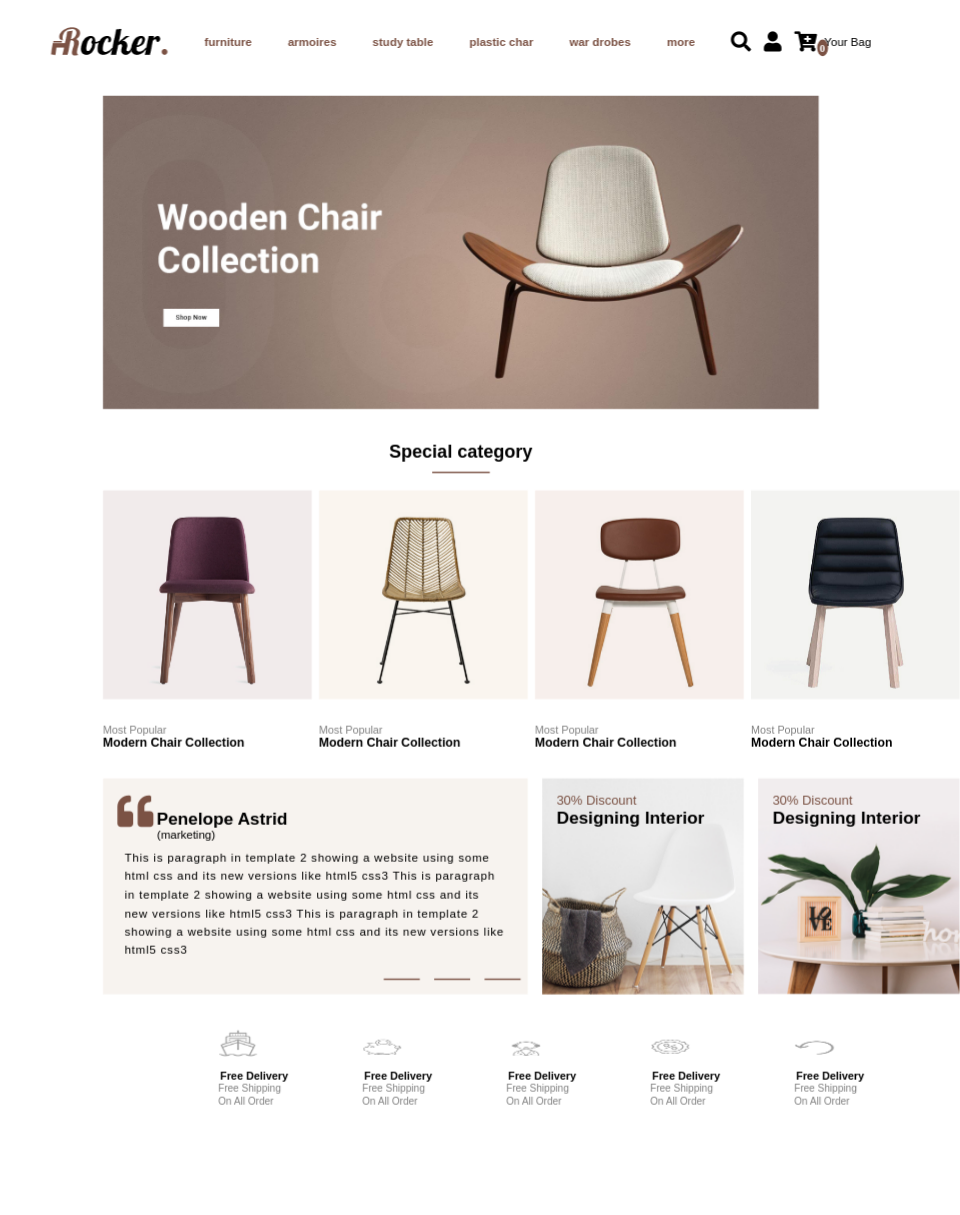
Repository: Ahmed123rezk123/p2-template
Page: index.html
The author's editor kept a copy of each file at every save. The page is drawn from the files as they stood at one save, then again after a run of saves.
The browser window is 1280 px wide. The page is 1333 px wide, so the pictures cover 1333 px, including what lies to the right of the window. The pictures show the whole page, at 72% of full size.

Above is the page before, as saved 2024-01-24 22:44:15.

### index.html
<!DOCTYPE html>
<html lang="en">
<head>
   <meta charset="UTF-8">
    <title>Project2</title>
  <link rel="stylesheet" href="css/style.css">
  <link rel="stylesheet" href="css/all.css">
</head>
<body>
    <!-- Header -->
    <header>
        <div class="container">
        <div class="logo">
            <a href="#"><img src="images/logo.png" alt="LOGO"></a>
        </div>
        <nav>
            <ul>
                <li><a href="#" class="active">furniture</a></li>
                <li><a href="#">armoires</a></li>
                <li><a href="#">study table</a></li>
                <li><a href="#">plastic char</a></li>
                <li><a href="#">war drobes</a></li>
                <li><a href="#">more</a></li>
            </ul>
            <div class="icons">
            <i class="fas fa-search"></i>
            <i class="fas fa-user"></i>
            <i class="fas fa-cart-plus i3"></i>
            </div>
        <span>Your Bag</span>
        </nav>
        </div>
    </header>
    <!-- Start Section 1 -->
    <section class="section1">
        <div class="container">
            <img src="images/main-banner-1-1600x700.jpg" alt="">
        </div>
    </section>
    <!-- End Section 1 -->
    <!-- Start Section 2 -->
    <section class="section2">
        <div class="container">
            <div class="div">
            <h2 class="specail">Special category</h2>
            <div class="line"></div>
            </div>
           <div class="parent1">
            <div class="div1">
                <img src="images/category-banner1.jpg" alt="">
                <p>Most Popular</p>
            <h3>Modern Chair Collection</h3>
            </div>
            <div class="div2">
                <img src="images/category-banner2.jpg" alt="">
                <p>Most Popular</p>
                <h3>Modern Chair Collection</h3></div>
            <div class="div3">
                <img src="images/category-banner3.jpg" alt="">
                <p>Most Popular</p>
                <h3>Modern Chair Collection</h3>
            </div>
            <div class="div4">
                <img src="images/category-banner4.jpg" alt="">
                <p>Most Popular</p>
                <h3>Modern Chair Collection</h3>
            </div>
            <div class="div5">
                <i class="fas fa-quote-left comma"></i>
                <h2>Penelope Astrid</h2>
                <span>(marketing)</span>
                <p>This is paragraph in template 2 showing a website using some html css and its new versions like html5 css3 This is paragraph in template 2 showing a website using some html css and its new versions like html5 css3 This is paragraph in template 2 showing a website using some html css and its new versions like html5 css3</p>
                <div class="child"></div>
            </div>
            <div class="div6"></div>
            <div class="div7">
                <p>30% Discount</p>
                <h2>Designing Interior</h2>
            </div>
            <div class="div8">
                <p>30% Discount</p>
                <h2>Designing Interior</h2>
            </div>
            <div class="parent2">
                <div class="div1-1">
                    <img src="images/icon1-1.png" alt="">
                    <div class="content-div1">
                    <h3>Free Delivery</h3>
                    <span>Free Shipping On All Order</span>
                </div>
                </div>
                <div class="div2-1">
                    <img src="images/icon2-1.png" alt="">
                    <div class="content-div2">
                        <h3>Free Delivery</h3>
                        <span>Free Shipping On All Order</span>
                    </div>
                </div>
                <div class="div3-1">
                    <img src="images/icon3-1.png" alt="">
                    <div class="content-div3">
                        <h3>Free Delivery</h3>
                        <span>Free Shipping On All Order</span>
                    </div>
                </div>
                <div class="div4-1">
                    <img src="images/icon4-1.png" alt="">
                    <div class="content-div4">
                        <h3>Free Delivery</h3>
                        <span>Free Shipping On All Order</span>
                    </div>
                </div>
                <div class="div5-1">
                    <img src="images/icon5-1.png" alt="">
                    <div class="content-div5">
                        <h3>Free Delivery</h3>
                        <span>Free Shipping On All Order</span>
                    </div>
                </div>
            </div>
           </div>
        </div>
    </section>
    <!-- End Section 2 -->
</body>
</html>

### css/style.css
/* Start variables */
:root {
    --maincolor: #7b5244;
    --subcolor: #333;
}
/* End variables */
/* Start Global Rules   */
* {
    -webkit-box-sizing: border-box;
    -moz-box-sizing: border-box;
    box-sizing: border-box;
   padding: 0;
   margin: 0;
}
body {
    font-family: Arial, Helvetica, sans-serif;
    perspective: 700px;
    transform-style: preserve-3d;
}
html {
    scroll-behavior: smooth;
}
ul {
    list-style: none;
}
.container {
    width: 80%;
    padding-left: 15px;
    padding-right: 15px;
    margin-left: auto;
    margin-right: auto;
}

/* Small */

@media(min-width: 768px) {
    .container {
       width: 750px;
    }
}

/* Medium */

@media(min-width: 992px) {
    .container {
        width: 970px;
    }
}

/* Large  */

@media(min-width: 1200px) {
    .container {
        width: 1170px;
    }
}
/* End Global Rules   */
/* Start Header */
header .container {
    display: flex;
    justify-content: space-between;
    align-items: center;
    position: relative;
    min-height: 97px;
 }
 header nav {
    flex: 1;
    display: flex;
    align-items: center;
    justify-content: flex-end;
}
 header nav ul {
    display: flex;

}
header nav ul li a {

    display: block;
    color: var(--maincolor);
    text-decoration: none;
    font-size: 16px;
    font-weight: bold;
    padding: 50px 0px;
    margin-right: 50px;
}

/* header nav ul li a:hover::before{
content: "";
position: absolute;
border-left: 2px solid var(--maincolor);
border-right: 2px solid var(--maincolor);
width: 60px;
height: 35px;

}  */
header nav .icons {
    font-weight: bold;
    font-size: 28px;
   word-spacing: 10px;
   margin-right: 10px;
}
header nav .icons .i3::after {
    position: absolute;
    content: "0";
    background-color: #7b5244;
    color: #fff;
    padding: 4px;
    border-radius: 50%;
    font-size: 15px;
    bottom: 40px;
    right: 75px;

}
/* End Header */


/* Start section 1 */
.section1 .container {
    width: 80%;
    position: relative;
    margin-top: 15px;
    margin-bottom: 40px;
    margin-left: auto;
    margin-right: auto;

}
.section1 .container img{
 width: 100%;
}
/* End section 1 */


/* Start Section 2 */
.section2 .container {
    width: 80%;
    position: relative;
}
.section2 .container .div {
    margin: 40px auto;
}
.section2 .container .specail {
    text-align: center;
    font-size: 25px;
}
.section2 .container .line {
 position: relative;
}
.section2 .container .line::before {
    content: "";
    position: absolute;
    width: 8%;
    height: 2px;
    background-color: var(--maincolor);
    top: 50%;
    left: 50%;
    transform: translate(-50%,-50%);
    margin: 15px 0;
    transition: .5s;
}
.section2 .container .div:hover  .line::before {
    content: "";
    position: absolute;
    width: 13%;
    height: 2px;
    background-color: var(--maincolor);
    top: 50%;
    left: 50%;
    transform: translate(-50%,-50%);
    margin: 15px 0;
}
.section2 .container .parent1 {
    width: 80%;
    display: grid;
    grid-template-columns: 200px 200px 200px 200px;
    grid-template-rows: 250px 250px;
   grid-gap: 150px 100px;
}
.section2 .container .parent1 img {
    width: 290px ;
    height: 290px;
    margin-bottom: 30px;
}
.section2 .container .parent1 p {
    color: gray;
    font-size: 15px;
}
.section2 .container .parent1 h3 {
    font-size: 17px;
}
.section2 .container .parent1 .div1,
.section2 .container .parent1 .div2,
.section2 .container .parent1 .div3,
.section2 .container .parent1 .div4 {
    position: relative;
}
.section2 .container .parent1 .div1:hover::before {
position: absolute;
content: " > ";
width: 30px;
height: 30px;
background-color: brown;
color: white;
text-align: center;
font-size: 25px;
top: 330px;
left: 260px;
}
.section2 .container .parent1 .div2:hover::before {
    position: absolute;
    content: " > ";
    width: 30px;
    height: 30px;
    background-color: brown;
    color: white;
    text-align: center;
    font-size: 25px;
    top: 330px;
    left: 260px;
}
.section2 .container .parent1 .div3:hover::before {
    position: absolute;
    content: " > ";
    width: 30px;
    height: 30px;
    background-color: brown;
    color: white;
    text-align: center;
    font-size: 25px;
    top: 330px;
    left: 260px;
    }
.section2 .container .parent1 .div4:hover::before {
    position: absolute;
    content: " > ";
    width: 30px;
    height: 30px;
    background-color: brown;
    color: white;
    text-align: center;
    font-size: 25px;
    top: 330px;
    left: 260px;
    }
    .section2 .container .parent1 .div5 {
        width: 590px;
        height: 300px;
        position: relative;
        background-color: #f7f3ef;
        padding: 20px;
        grid-column: 1 / 3;
        grid-row: 2 / 3;
    }
    .section2 .container .parent1 .div5 .comma {
       font-size: 50px;
       color: var(--maincolor);
    }
    .section2 .container .parent1 .div5 h2 {
        display: inline-flex;
    }
    .section2 .container .parent1 .div5 span {
        display: block;
        margin-left: 55px;
    }
    .section2 .container .parent1 .div5 p {
        margin: 10px;
        color: black;
        font-size: 16px;
        line-height: 1.6;
        letter-spacing: 1.1px;
    }
    .section2 .container .parent1 .div5::before {
        content: "";
        position: absolute;
        width: 50px;
        height: 2px;
        background-color: var(--maincolor);
        bottom: 20px;
        right: 10px;

    }
    .section2 .container .parent1 .div5::after {
        content: "";
        position: absolute;
        width: 50px;
        height: 2px;
        background-color: var(--maincolor);
        bottom: 20px;
        right: 80px;

    }
    .section2 .container .parent1 .div5 .child::before {
        content: "";
        position: absolute;
        width: 50px;
        height: 2px;
        background-color: var(--maincolor);
        bottom: 20px;
        right: 150px;

    }
    .section2 .container .parent1 .div7 {
        width: 280px;
        height: 300px;
        position: relative;
        background-image: url(../images/cms-banner-1.jpg);
        background-size: cover;
        margin-left: 10px;
        grid-column: 3 / 4;
        grid-row: 2 / 4;
        transition: .5s;
    }

    .section2 .container .parent1 .div8 {
        width: 280px;
        height: 300px;
        position: relative;
        background-image: url(../images/cms-banner-2.jpg);
        background-size: cover;
        margin-left: 10px;
        grid-column: 4 / 5;
        grid-row: 2 / 5;
        transition: .5s;
    }
    .section2 .container .parent1 .div7 p,
    .section2 .container .parent1 .div8 p {
        padding-left: 20px;
        padding-top: 20px;
        font-size: 18px;
        color: var(--maincolor);
    }
    .section2 .container .parent1 .div7 h2,
    .section2 .container .parent1 .div8 h2 {
        padding-left: 20px;
    }
    .section2 .container .parent1 .div7:hover,
    .section2 .container .parent1 .div8:hover
    {
        /* width: 280px;
        height: 300px; */
        transform: scale( 1.1 , 1.1 );
    }
    .section2 .container .parent1 .parent2 {
        position: relative;
        display: flex;
        justify-content: space-between;
        margin-top: -50px;
        margin-left: -140px;
    }

    .section2 .container .parent1 .parent2 .div1-1,
    .section2 .container .parent1 .parent2 .div2-1,
    .section2 .container .parent1 .parent2 .div3-1,
    .section2 .container .parent1 .parent2 .div4-1,
    .section2 .container .parent1 .parent2 .div5-1 {
        margin-right: 100px;
     }
    .section2 .container .parent1 .parent2 .div1-1 .content-div1 ,
    .section2 .container .parent1 .parent2 .div2-1 .content-div2 ,
    .section2 .container .parent1 .parent2 .div3-1 .content-div3 ,
    .section2 .container .parent1 .parent2 .div4-1 .content-div4 ,
    .section2 .container .parent1 .parent2 .div5-1 .content-div5   {
        width: 100px;

         margin-top: -30px;


    }

    .section2 .container .parent1 .parent2 .div1-1 h3,
    .section2 .container .parent1 .parent2 .div2-1 h3,
    .section2 .container .parent1 .parent2 .div3-1 h3,
    .section2 .container .parent1 .parent2 .div4-1 h3,
    .section2 .container .parent1 .parent2 .div5-1 h3 {
        font-size: 15px;
        text-align: center;
    }
    .section2 .container .parent1 .parent2 .div1-1 span ,
    .section2 .container .parent1 .parent2 .div2-1 span ,
    .section2 .container .parent1 .parent2 .div3-1 span  ,
    .section2 .container .parent1 .parent2 .div4-1 span ,
    .section2 .container .parent1 .parent2 .div5-1 span  {

        color: gray;
        font-size: 14px;
    }
    .section2 .container .parent1 .parent2 img {


        width: 55px;
        height: 50px;
    }

/* End Section 2 */

Loaded but not shown: css/all.css (library)

After the next 2 saves:
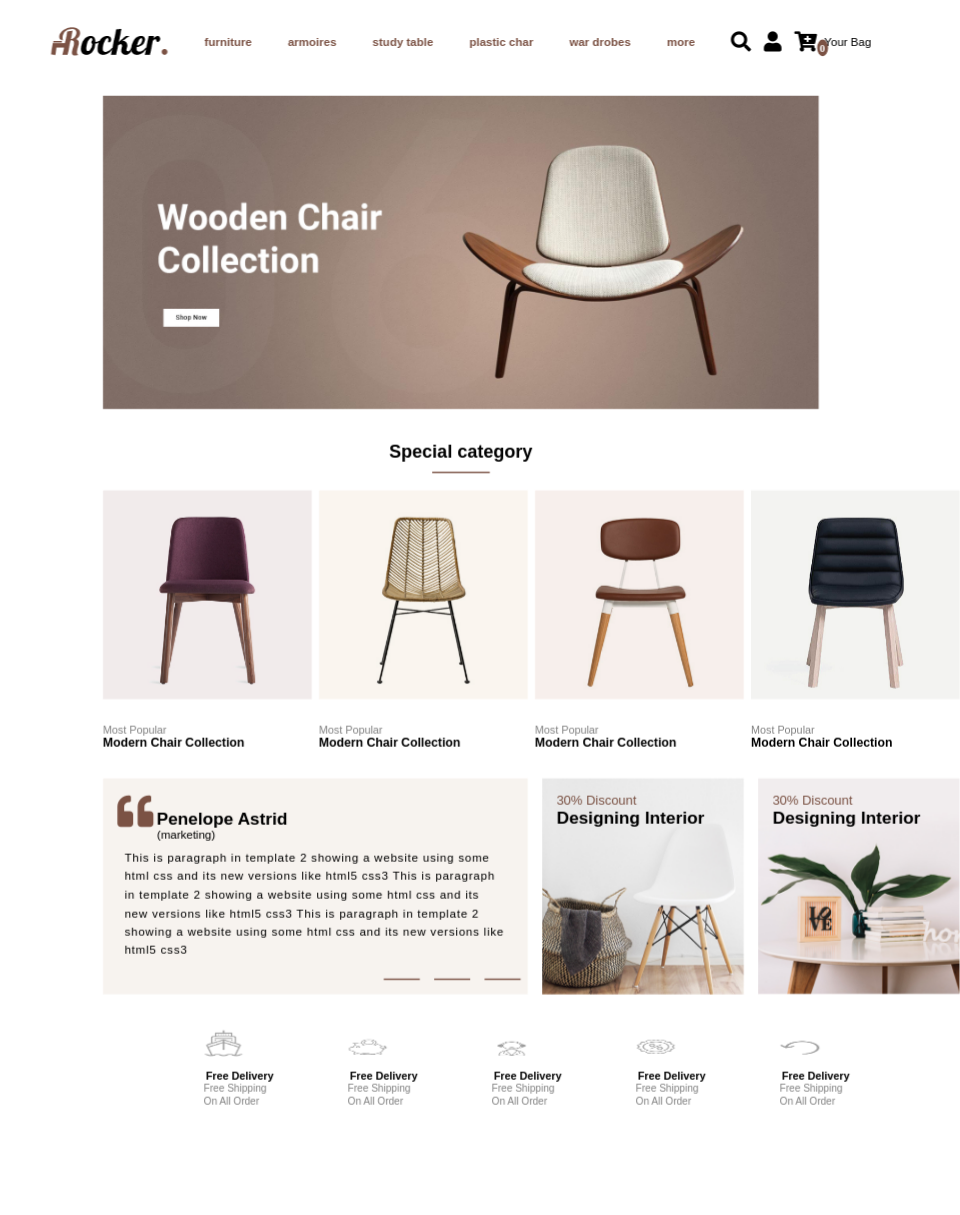
The 2 saves are shown as one change because they came seconds apart.
The last was saved 8 s later.
--- a/css/style.css
+++ b/css/style.css
@@ -344,7 +344,7 @@ left: 260px;
         display: flex;
         justify-content: space-between;
         margin-top: -50px;
-        margin-left: -140px;
+        margin-left: -160px;
     }
 
     .section2 .container .parent1 .parent2 .div1-1,
